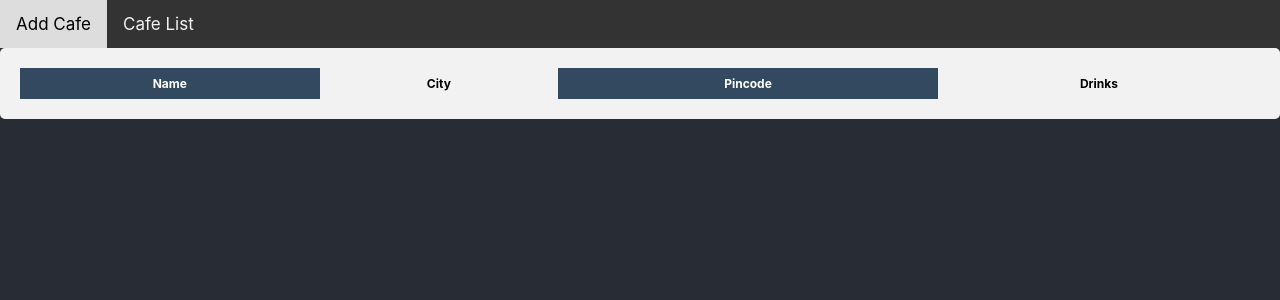
Repository: Surojd/project-cafe
Page: /cafes
The author's editor kept a copy of each file at every save. The page is drawn from the files as they stood at one save, then again after the next save.
The browser window is 1280 px wide. The pictures show the whole page.
The page's requests for data from a server got no answer. The project was rebuilt for these pictures with package versions that can differ from the ones it lists, and the page was loaded fresh each time. No one was signed in, and anything a server would have sent is missing. Also part of the build but not shown: src/cafe/AddCafe.js.

Above is the page before, as saved 2021-09-01 14:02:18.

### src/index.js
import React from 'react';
import ReactDOM from 'react-dom';
import './index.css';
import App from './App';
import reportWebVitals from './reportWebVitals';

import { BrowserRouter as Router } from 'react-router-dom';
ReactDOM.render(
  <React.StrictMode>
    <Router>
      <App />
    </Router>
  </React.StrictMode>,
  document.getElementById('root')
);

// If you want to start measuring performance in your app, pass a function
// to log results (for example: reportWebVitals(console.log))
// or send to an analytics endpoint. Learn more: https://bit.ly/CRA-vitals
reportWebVitals();

### src/index.css
body {
  background-color: #282c34;
  margin: 0;
  font-family: -apple-system, BlinkMacSystemFont, 'Segoe UI', 'Roboto', 'Oxygen',
    'Ubuntu', 'Cantarell', 'Fira Sans', 'Droid Sans', 'Helvetica Neue',
    sans-serif;
  -webkit-font-smoothing: antialiased;
  -moz-osx-font-smoothing: grayscale;
}

code {
  font-family: source-code-pro, Menlo, Monaco, Consolas, 'Courier New',
    monospace;
}

a{
  text-decoration: none;
}

### src/App.js
import { Link, Redirect, Route, Switch } from 'react-router-dom';
import './App.css';
import { AddCafe, CafeList } from './cafe';

const routes = [
  { path: '/add-cafe', component: AddCafe },
  { path: '/cafes', component: CafeList },
];
function App() {
  return (
    <div className="App">
      <header className="topnav">
        <Link to="/add-cafe">Add Cafe</Link>
        <Link to="/cafes">Cafe List</Link>
      </header>
      <div class="container">
        <Switch>
          <div>
            {
              routes.map(item => {
                return <Route  {...item} />
              })
            }
          </div>
        </Switch>
      </div>
    </div>
  );
}

export default App;

### src/App.css
/* Add a black background color to the top navigation */
.topnav {
  background-color: #333;
  overflow: hidden;
}

/* Style the links inside the navigation bar */
.topnav a {
  float: left;
  display: block;
  color: #f2f2f2;
  text-align: center;
  padding: 14px 16px;
  text-decoration: none;
  font-size: 17px;
}

/* Change the color of links on hover */
.topnav a:hover {
  background-color: #ddd;
  color: black;
}

/* Add an active class to highlight the current page */
.topnav a.active {
  background-color: #04AA6D;
  color: white;
}

/* Hide the link that should open and close the topnav on small screens */
.topnav .icon {
  display: none;
}

* {box-sizing: border-box;}

input[type=text],input[type=number], select, textarea {
  width: 100%;
  padding: 12px;
  border: 1px solid #ccc;
  border-radius: 4px;
  box-sizing: border-box;
  margin-top: 6px;
  resize: vertical;
}

input[type=submit] {
  background-color: #04AA6D;
  color: white;
  padding: 12px 20px;
  border: none;
  border-radius: 4px;
  cursor: pointer;
}

button[type=submit]:hover {
  background-color: #45a049;
}

.container {
  border-radius: 5px;
  background-color: #f2f2f2;
  padding: 20px;
}

/* Chrome, Safari, Edge, Opera */
input::-webkit-outer-spin-button,
input::-webkit-inner-spin-button {
  -webkit-appearance: none;
  margin: 0;
}

/* Firefox */
input[type=number] {
  -moz-appearance: textfield;
}


.radio-label{
  display: block;
  position: relative;
  padding-left: 35px;
  margin-bottom: 12px;
  cursor: pointer;
  -webkit-user-select: none;
  -moz-user-select: none;
  -ms-user-select: none;
  user-select: none;
}



/* Hide the browser's default radio button */
.radio-label input[type=radio] {
  position: absolute;
  opacity: 0;
  cursor: pointer;
}

/* Create a custom radio button */
.checkmark {
  position: absolute;
  top: 0;
  left: 0;
  height: 16px;
  width: 16px;
  background-color: #eee;
  border-radius: 50%;
}

/* On mouse-over, add a grey background color */
.radio-label:hover input[type=radio] ~ .checkmark {
  background-color: #ccc;
}

/* When the radio button is checked, add a blue background */
.radio-label input[type=radio]:checked ~ .checkmark {
  background-color: #2196F3;
}

/* Create the indicator (the dot/circle - hidden when not checked) */
.checkmark:after {
  content: "";
  position: absolute;
  display: none;
}

/* Show the indicator (dot/circle) when checked */
.radio-label input[type=radio]:checked ~ .checkmark:after {
  display: block;
}

/* Style the indicator (dot/circle) */
.radio-label .checkmark:after {
 	top: 5px;
	left: 5px;
	width: 6px;
	height: 6px;
	border-radius: 50%;
	background: white;
}

.error{
    color: red;
    padding: 0px;
    margin: 0px;
}

table{
  border-radius: 5px;
  font-size: 12px;
  font-weight: normal;
  border: none;
  border-collapse: collapse;
  width: 100%;
  max-width: 100%;
  white-space: nowrap;
}

table th{
  text-align: center;
  padding: 8px;
}
table td{
  border-right: 1px solid #f8f8f8;
    font-size: 12px;
    text-align: center;
}
th:nth-child(odd) {
  color: #ffffff;
  background: #324960;
}

tr:nth-child(even) {
  background: #F8F8F8;
}

### src/cafe/index.js

export { default as AddCafe } from './AddCafe';
export { default as CafeList } from './CafeList';

### src/cafe/CafeList.js
import { collection, onSnapshot, query } from "firebase/firestore";
import React, { useEffect, useState } from 'react';
import firestore from './firebase';

export default function CafeList() {
  const [list, setList] = useState([]);
  useEffect(() => {
    const q = query(collection(firestore, "cafes"));
    const list = [];
    const unsubscribe = onSnapshot(q, { includeMetadataChanges: true }, (querySnapshot) => {
      querySnapshot.docChanges().forEach((change) => {
        const item = change.doc;
        list.push({ id: item.id, ...item.data() })
      });

      setList(list)
    });
    return unsubscribe;
  }, []);
  return (<table>
    <thead>
      <tr>
        <th>Name</th>
        <th>City</th>
        <th>Pincode</th>
        <th>Drinks</th>
      </tr>
    </thead>
    {
      list.map(({ id, name, city, pincode, drinks }, index) => {
        return (
          <tr key={`data-${id}`}>
            <td>{name}</td>
            <td>{city}</td>
            <td>{pincode}</td>
            <td>{drinks}</td>
          </tr>
        )
      })
    }
  </table>);
}

### src/cafe/firebase.js
import { initializeApp } from 'firebase/app'
import { enableIndexedDbPersistence, initializeFirestore, CACHE_SIZE_UNLIMITED } from 'firebase/firestore'
import { getAnalytics } from "firebase/analytics";


const firebaseApp = initializeApp({
  apiKey: "AIzaSyBF1CMLc0WfG_majkcPFVm9eU-DCqGW9BM",
  authDomain: "project-cafe-d8aca.firebaseapp.com",
  projectId: "project-cafe-d8aca",
  storageBucket: "project-cafe-d8aca.appspot.com",
  messagingSenderId: "531282317018",
  appId: "1:531282317018:web:25d8fc0f088be0c68d5fe3",
  measurementId: "G-GNS7C6HN2Y"
});
const firestore = initializeFirestore(firebaseApp, {
  cacheSizeBytes: CACHE_SIZE_UNLIMITED
});

enableIndexedDbPersistence(firestore)
  .catch((err) => {
    if (err.code === 'failed-precondition') {
      console.log('Multiple tabs open, persistence can only be enabled in one tab at a a time.');
    } else if (err.code === 'unimplemented') {
      console.log('The current browser does not support all of the features required to enable persistence.');
    }
  });
export default firestore;
const analytics = getAnalytics(firebaseApp);

Loaded but not shown: public/index.html (common file); src/reportWebVitals.js (common file)

After the next save:
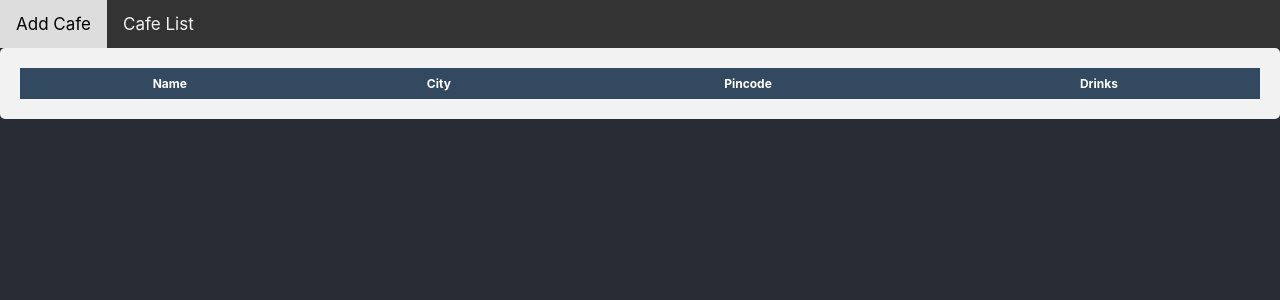
Saved 59 s later.
--- a/src/App.css
+++ b/src/App.css
@@ -160,6 +160,8 @@ table{
 table th{
   text-align: center;
   padding: 8px;
+  color: #ffffff;
+  background: #324960;
 }
 table td{
   border-right: 1px solid #f8f8f8;
@@ -167,7 +169,6 @@ table td{
     text-align: center;
 }
 th:nth-child(odd) {
-  color: #ffffff;
   background: #324960;
 }
 
